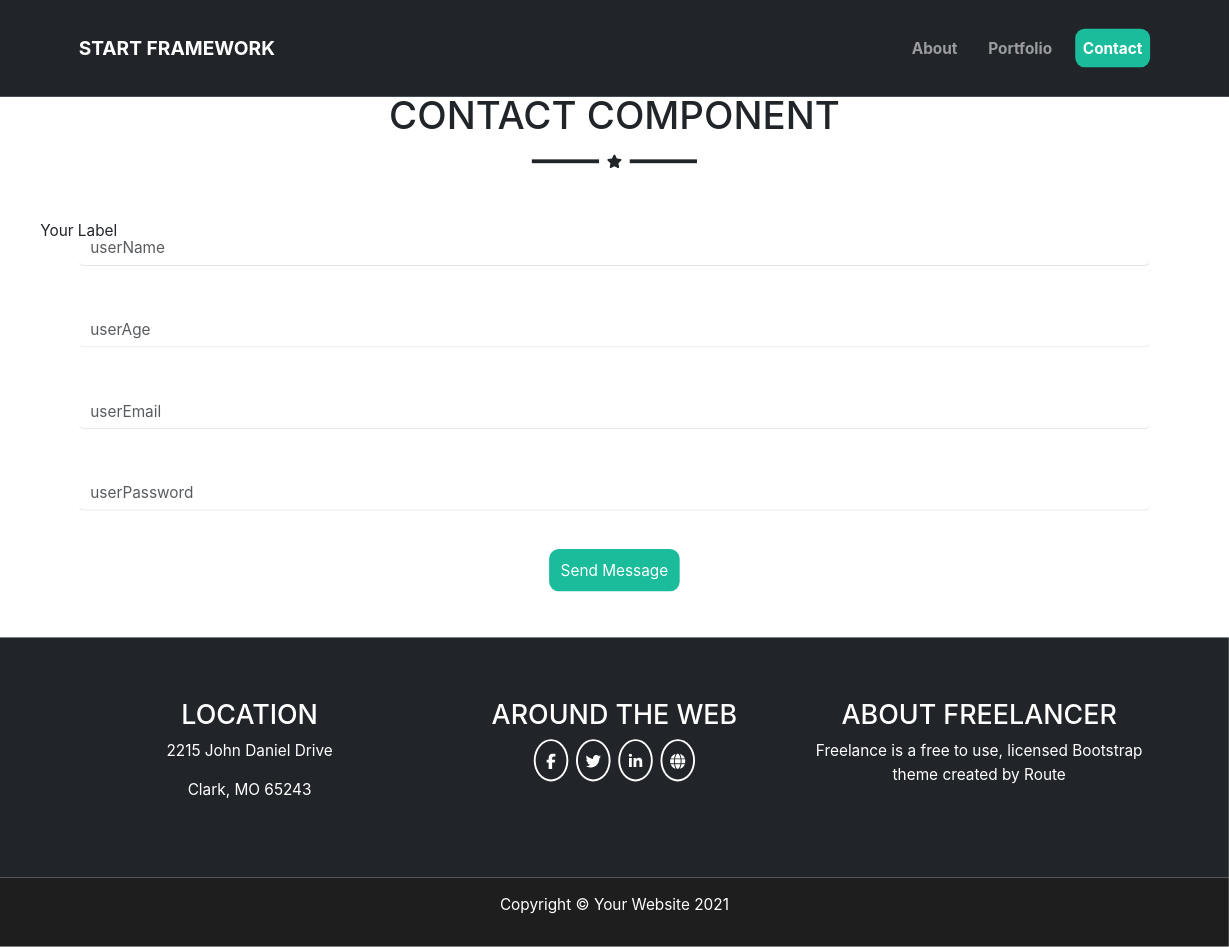
Repository: YomnaWegdan/startFramework
Page: /contact
These files come from the project's save history. The page is drawn as it stood at one moment and after a run of saves; the edit follows.
The browser window is 1280 px wide. The pictures show the whole page, at 96% of full size.
The project was rebuilt for these pictures with package versions that can differ from the ones it lists, and the page was loaded fresh each time. Also part of the build but not shown: src/Components/Home.jsx, src/Components/About.jsx, src/Components/Error.jsx, src/Components/Portfolio.jsx.

Above is the page before, as saved 2024-02-06 00:45:21.

### src/index.js
import React from 'react';
import ReactDOM from 'react-dom/client';
import 'bootstrap/dist/css/bootstrap.min.css'
import 'bootstrap/dist/js/bootstrap.bundle.min.js'

import './index.css';
import App from './App';
import reportWebVitals from './reportWebVitals';

const root = ReactDOM.createRoot(document.getElementById('root'));
root.render(
  <React.StrictMode>
    <App />
  </React.StrictMode>
);

// If you want to start measuring performance in your app, pass a function
// to log results (for example: reportWebVitals(console.log))
// or send to an analytics endpoint. Learn more: https://bit.ly/CRA-vitals
reportWebVitals();

### src/index.css
body {
  margin: 0;
  font-family: -apple-system, BlinkMacSystemFont, 'Segoe UI', 'Roboto', 'Oxygen',
    'Ubuntu', 'Cantarell', 'Fira Sans', 'Droid Sans', 'Helvetica Neue',
    sans-serif;
  -webkit-font-smoothing: antialiased;
  -moz-osx-font-smoothing: grayscale;
}

code {
  font-family: source-code-pro, Menlo, Monaco, Consolas, 'Courier New',
    monospace;
}
.w-20{
  width: 20%;
}
.navbar{
  transition: 0.5s all;
}
.home , .about{
  background-color: #1ABC9C;
}
.line{
  background-color: white;
  width: 70px;
  height: 4px;
}
h2{
  font-size: 40px;
}
h3{
  font-weight: 500;
  font-size: 28px;
}
.footer-header {
  background-color: #212529;
}
div.footer{
  background-color: #1f1e1e;
}
.active{
  background-color: #1ABC9C;
  border-radius: 10px;
  color: white;
}

div.inner .img-overlay{
  transition: 0.8s all;
}

div.inner:hover .img-overlay{
  background-color: #1abc9ce6 !important;
  position: absolute;
  top: 0;
  left: 0;
  width: 100%;
  height: 100%;
}

div.inner:hover .plus{
  display: block;
  font-size: 100px;
  color: white;

}
.model{
  background-color: rgba(0, 0, 0, 0.6) !important;
}
.form-control:focus {
  border-color: #eee;
  box-shadow: none;
}
  button{
    background-color: #1ABC9C;
    border: none;
    padding: 10px 12px;
    border-radius: 10px;
    color: white;
    margin-top: 40px ;
  }








  /* .contact label {
    position: absolute;
    top: 50%;
    left: 10px;
    transform: translateY(-50%);
    pointer-events: none;
    transition: transform 0.3s, font-size 0.3s;
  }

  .contact .focused label {
    transform: translateY(-100%) scale(0.8);
  }
   */

### src/App.js
import { RouterProvider, createBrowserRouter } from 'react-router-dom';
import './App.css';
import Layout from './Components/Layout';
import Home from './Components/Home';
import About from './Components/About';
import Contact from './Components/Contact';
import Error from './Components/Error';
import Portfolio from './Components/Portfolio';

function App() {

  let routes = createBrowserRouter([{
    path:'', element:<Layout/> , children:[
      {index:true , element:<Home/>},
      {path:'/about' , element:<About/>},
      {path:'/portfolio' , element:<Portfolio/>},
      {path:'/contact' , element:<Contact/>},
      {path:'*' , element:<Error/>},




    ]
  }])
  return (
    <div className="App">
    <RouterProvider router={routes}></RouterProvider>
    </div>
  );
}

export default App;

### src/Components/Layout.jsx
import React from 'react'
import Navbar from './Navbar'
import { Outlet } from 'react-router-dom'
import Footer from './Footer'

export default function Layout() {
  return (
    <div>
      <Navbar/>
      <Outlet></Outlet>
      <Footer/>
    </div>
  )
}

### src/Components/Contact.jsx
import React, { Fragment, useState } from "react";
import { FaStar } from "react-icons/fa6";

export default function Contact() {
  const [isFocused, setIsFocused] = useState(false);

  const handleFocus=()=>{
    setIsFocused(true)
  }

  return (
    <Fragment>
      <section className="contact py-5  ">
        <div className="container h-100">
          <div className="row g-5 h-100 align-items-center justify-content-center align-content-center">
            <div className="col-md-12">
              <h2 className="pt-5">CONTACT COMPONENT</h2>
              <div className="d-flex justify-content-center align-items-center my-3">
                <div className="line text-bg-dark"></div>
                <FaStar className=" mx-2 " />
                <div className="line text-bg-dark"></div>
              </div>
            </div>

            <div className=" col-md-12">
              <form onClick={(e)=> e.preventDefault()}>
              <div className='position-relative'>
                <input
                  className=" form-control border-top-0 border-start-0 border-end-0  border-bottom-3 "
                  placeholder="userName"
                  name="name"
                  onFocus={handleFocus}
                />
                <label className=" position-absolute start-0 top-0 translate-middle" htmlFor="yourInput">Your Label</label>
                </div>


                <input
                  className=" form-control border-top-0 border-start-0 border-end-0  border-bottom-3 my-5"
                  placeholder="userAge"
                  name="age"
                  type="number"
                />
                <input
                  className=" form-control border-top-0 border-start-0 border-end-0  border-bottom-3 mb-5"
                  placeholder="userEmail"
                  name="email"
                  type="email"
                />
                <input
                  className=" form-control border-top-0 border-start-0 border-end-0  border-bottom-3"
                  placeholder="userPassword"
                  name="password"
                  type=" password"
                />
                <button className="">Send Message</button>
              </form>
            </div>
          </div>
        </div>
      </section>
    </Fragment>
  );
}

### src/Components/Navbar.jsx
import React, { useEffect, useState } from "react";
import { Link, NavLink } from "react-router-dom";

export default function Navbar() {
  const [scroll , setScroll] = useState(0)

  const handleScroll=()=>{
    setScroll(window.scrollY)
  }
  const navbarPadding = scroll > 100 ? '15px' : '30px';
  window.addEventListener('scroll', handleScroll);
  return (
    <>
      <nav style={{padding:navbarPadding}}
        className="navbar navbar-expand-lg bg-dark border-bottom border-body  fixed-top fw-bold  "
        data-bs-theme="dark"
      >
        <div className="container">
          <Link className="navbar-brand" to="/">
            START FRAMEWORK
          </Link>
          <button
            className="navbar-toggler"
            type="button"
            data-bs-toggle="collapse"
            data-bs-target="#navbarSupportedContent"
            aria-controls="navbarSupportedContent"
            aria-expanded="false"
            aria-label="Toggle navigation"
          >
            <span className="navbar-toggler-icon"></span>
          </button>
          <div className="collapse navbar-collapse" id="navbarSupportedContent">
            <ul className="navbar-nav ms-auto mb-2 mb-lg-0">
              <li className="nav-item">
                <NavLink className="nav-link" to="/about">
                  About
                </NavLink>
              </li>
              <li className="nav-item mx-3">
                <NavLink className="nav-link" to="/portfolio">
                  Portfolio
                </NavLink>
              </li>
              <li className="nav-item">
                <NavLink className="nav-link" to="/Contact">
                  Contact
                </NavLink>
              </li>
            </ul>
          </div>
        </div>
      </nav>
    </>
  );
}

### src/Components/Footer.jsx
import React from "react";
import { FaFacebookF, FaGlobe, FaLinkedinIn, FaTwitter } from "react-icons/fa6";

export default function Footer() {
  return (
    <>
      <footer className=" text-white">
      <div className="footer-header py-5">
        <div className="container py-3">
          <div className="row">
            <div className="col-lg-4 col-md-6">
              <h3>LOCATION</h3>
              <p>2215 John Daniel Drive</p>
              <p>Clark, MO 65243</p>
            </div>
            <div className="col-lg-4 col-md-6">
            <h3>AROUND THE WEB</h3>
            <ul className="d-flex justify-content-center align-items-center list-unstyled">
            <li className="p-2 rounded-circle border border-white border-2"> <FaFacebookF /> </li>
            <li className="p-2 rounded-circle border border-white border-2 mx-2"> <FaTwitter/> </li>
            <li className="p-2 rounded-circle border border-white border-2 me-2"> <FaLinkedinIn /> </li>
            <li className="p-2 rounded-circle border border-white border-2"> <FaGlobe /> </li>
            </ul>
            </div>
            <div className="col-lg-4 col-md-6">
              <h3>ABOUT FREELANCER</h3>
              <p>Freelance is a free to use, licensed Bootstrap theme created by Route</p>
            </div>
          </div>
        </div>
        </div>
        <div className="footer py-3">
        <p>Copyright © Your Website 2021</p>
        </div>
      </footer>

    </>
  );
}

Loaded but not shown: public/index.html (common file); src/reportWebVitals.js (common file); src/App.css (common file)

After the next 2 saves:
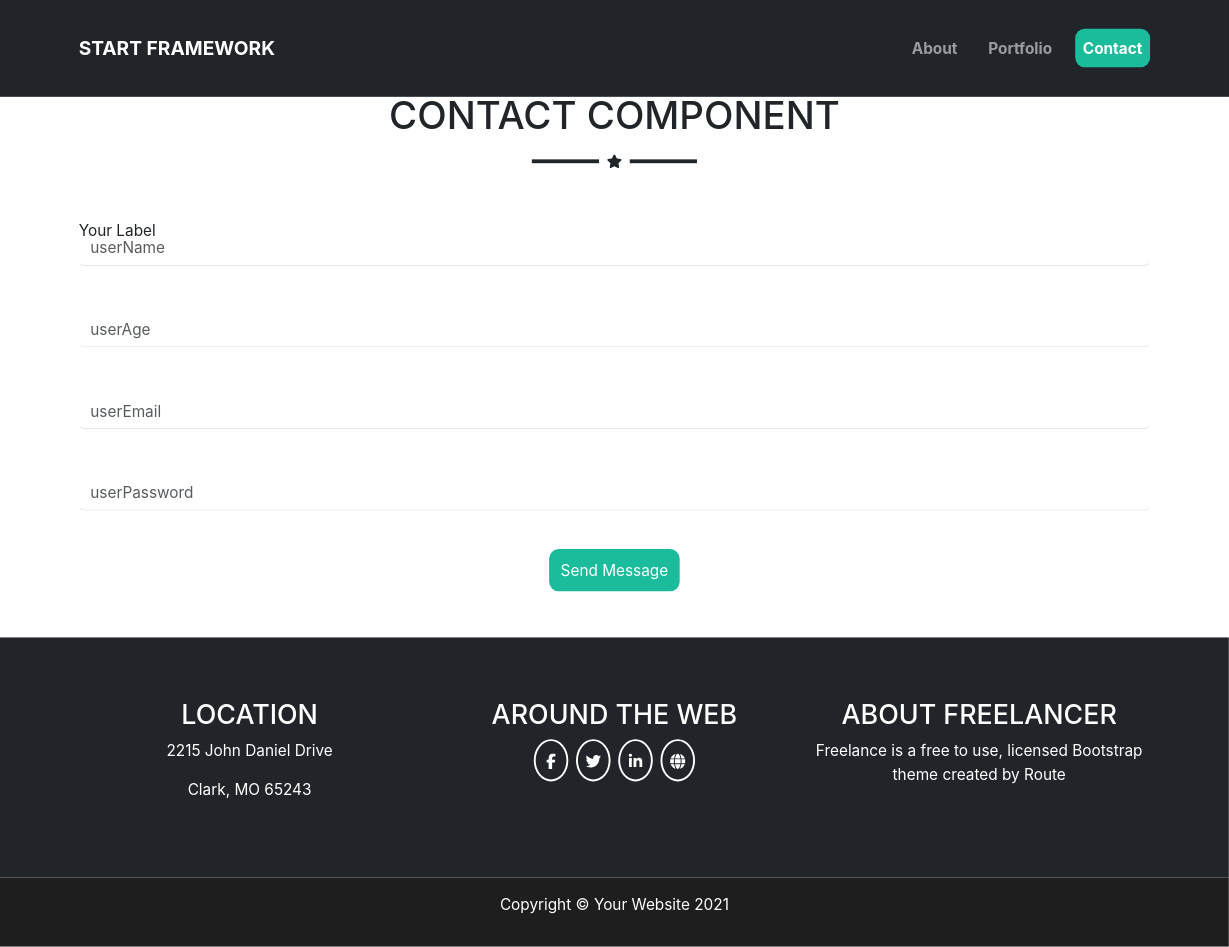
The 2 saves are shown as one change because they came seconds apart.
The last was saved 8 s later.
--- a/src/Components/Contact.jsx
+++ b/src/Components/Contact.jsx
@@ -31,7 +31,7 @@
                   name="name"
                   onFocus={handleFocus}
                 />
-                <label className=" position-absolute start-0 top-0 translate-middle" htmlFor="yourInput">Your Label</label>
+                <label className=" position-absolute start-0 top-0  translate-middle-y" htmlFor="yourInput">Your Label</label>
                 </div>
 
 
